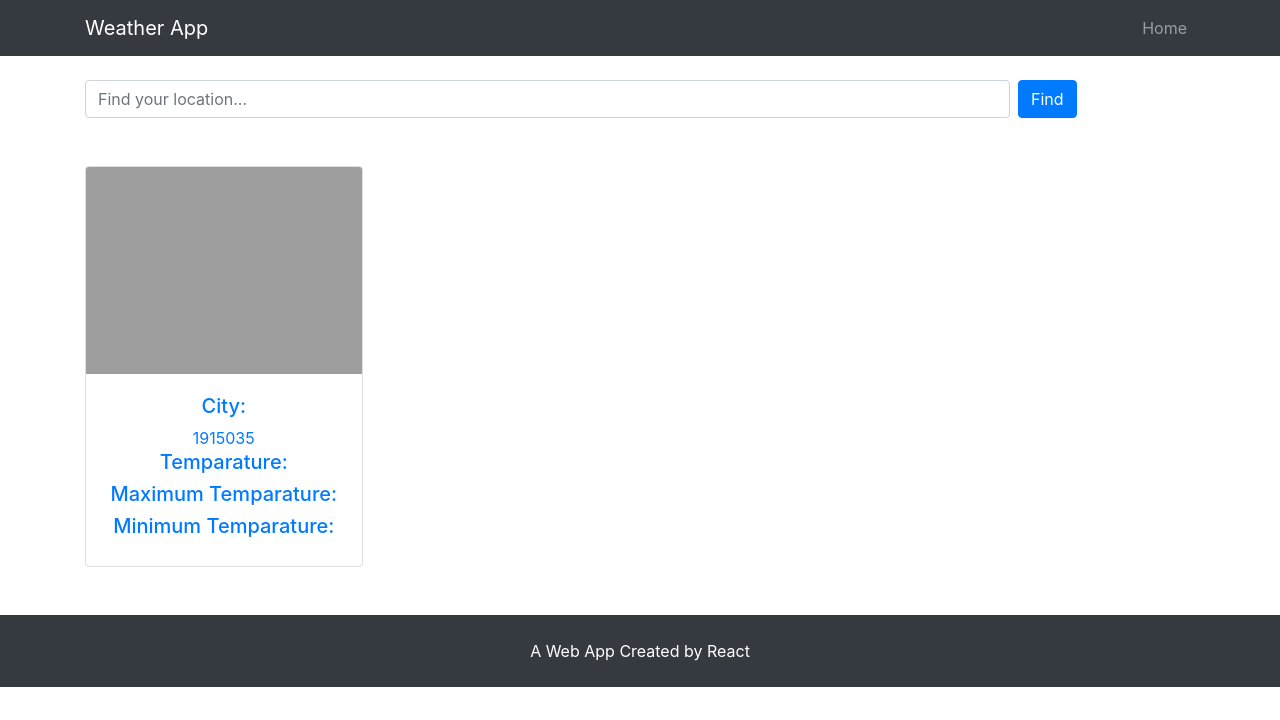
Repository: smk87/weather-app-react
Page: /
These files come from the project's save history. The page is drawn as it stood at one moment and after the next save; the edit follows.
The browser window is 1280 px wide. The pictures show the whole page.
Pictures or frames that could not be fetched are drawn as grey boxes. The page's requests for data from a server got no answer. Some web libraries are served in a nearby version. The project was rebuilt for these pictures with package versions that can differ from the ones it lists, and the page was loaded fresh each time. A package was used in the major version that the imports need, not the one package.json lists. No one was signed in, and anything a server would have sent is missing.

Above is the page before, as saved 2019-02-06 16:41:42.

### public/index.html
<!DOCTYPE html>
<html lang="en">
  <head>
    <meta charset="utf-8" />
    <link rel="shortcut icon" href="%PUBLIC_URL%/favicon.ico" />
    <meta
      name="viewport"
      content="width=device-width, initial-scale=1, shrink-to-fit=no"
    />
    <meta name="theme-color" content="#000000" />
    <!--
      manifest.json provides metadata used when your web app is added to the
      homescreen on Android. See https://developers.google.com/web/fundamentals/web-app-manifest/
    -->
    <link rel="manifest" href="%PUBLIC_URL%/manifest.json" />
    <link
      rel="stylesheet"
      href="https://stackpath.bootstrapcdn.com/bootstrap/4.2.1/css/bootstrap.min.css"
      integrity="sha384-GJzZqFGwb1QTTN6wy59ffF1BuGJpLSa9DkKMp0DgiMDm4iYMj70gZWKYbI706tWS"
      crossorigin="anonymous"
    />
    <script
      defer
      src="https://use.fontawesome.com/releases/v5.6.3/js/all.js"
      integrity="sha384-EIHISlAOj4zgYieurP0SdoiBYfGJKkgWedPHH4jCzpCXLmzVsw1ouK59MuUtP4a1"
      crossorigin="anonymous"
    ></script>
    <!--
      Notice the use of %PUBLIC_URL% in the tags above.
      It will be replaced with the URL of the `public` folder during the build.
      Only files inside the `public` folder can be referenced from the HTML.

      Unlike "/favicon.ico" or "favicon.ico", "%PUBLIC_URL%/favicon.ico" will
      work correctly both with client-side routing and a non-root public URL.
      Learn how to configure a non-root public URL by running `npm run build`.
    -->
    <title>React App</title>
  </head>
  <body>
    <noscript>You need to enable JavaScript to run this app.</noscript>
    <div id="root"></div>
    <!--
      This HTML file is a template.
      If you open it directly in the browser, you will see an empty page.

      You can add webfonts, meta tags, or analytics to this file.
      The build step will place the bundled scripts into the <body> tag.

      To begin the development, run `npm start` or `yarn start`.
      To create a production bundle, use `npm run build` or `yarn build`.
    -->

    <script
      src="https://code.jquery.com/jquery-3.3.1.slim.min.js"
      integrity="sha384-q8i/X+965DzO0rT7abK41JStQIAqVgRVzpbzo5smXKp4YfRvH+8abtTE1Pi6jizo"
      crossorigin="anonymous"
    ></script>
    <script
      src="https://cdnjs.cloudflare.com/ajax/libs/popper.js/1.14.6/umd/popper.min.js"
      integrity="sha384-wHAiFfRlMFy6i5SRaxvfOCifBUQy1xHdJ/yoi7FRNXMRBu5WHdZYu1hA6ZOblgut"
      crossorigin="anonymous"
    ></script>
    <script
      src="https://stackpath.bootstrapcdn.com/bootstrap/4.2.1/js/bootstrap.min.js"
      integrity="sha384-B0UglyR+jN6CkvvICOB2joaf5I4l3gm9GU6Hc1og6Ls7i6U/mkkaduKaBhlAXv9k"
      crossorigin="anonymous"
    ></script>
  </body>
</html>

### src/App.js
import React, { Component } from "react";
import { BrowserRouter as Router, Route, Switch } from "react-router-dom";
import logo from "./logo.svg";
import "./App.css";

//Import Layout Components
import NavBar from "./components/NavBar";
import Footer from "./components/Footer";
import Home from "./components/Home";

class App extends Component {
  render() {
    return (
      <Router>
        <div className="App">
          <NavBar />
          <Route exact path="/" component={Home} />
          <Footer />
        </div>
      </Router>
    );
  }
}

export default App;

### src/components/NavBar.js
import React, { Component } from "react";
import { Link } from "react-router-dom";

export default class NavBar extends Component {
  render() {
    return (
      <div>
        <nav className="navbar navbar-expand-sm navbar-dark bg-dark mb-4">
          <div className="container">
            <Link className="navbar-brand" to="/">
              Weather App
            </Link>
            <button
              className="navbar-toggler"
              type="button"
              data-toggle="collapse"
              data-target="#mobile-nav"
            >
              <span className="navbar-toggler-icon" />
            </button>

            <div className="collapse navbar-collapse" id="mobile-nav">
              <ul className="navbar-nav mr-auto" />
              <ul className="navbar-nav ml-auto">
                <li className="nav-item">
                  <Link className="nav-link" to="/">
                    Home
                  </Link>
                </li>
              </ul>
            </div>
          </div>
        </nav>
      </div>
    );
  }
}

### src/components/Footer.js
import React from "react";

export default function Footer() {
  return (
    <footer className="bg-dark text-white mt-5 p-4 text-center">
      A Web App Created by React
    </footer>
  );
}

### src/components/Home.js
import React, { Component } from "react";
import { Link } from "react-router-dom";
import Weather from "./Weather";

export default class Home extends Component {
  constructor() {
    super();

    this.state = {
      search: ""
    };
  }
  onChange = e => {
    this.setState({
      [e.target.name]: e.target.value
    });
  };
  onSubmit = e => {
    e.preventDefault();
    console.log(this.state);
  };

  render() {
    return (
      <div>
        <div className="container">
          <form onSubmit={this.onSubmit} action="#" className="form-inline">
            <input
              type="text"
              name="search"
              className="form-control col-md-10"
              placeholder="Find your location..."
              value={this.state.search}
              onChange={this.onChange}
            />
            <input
              type="submit"
              className="ml-2 btn btn-primary"
              value="Find"
            />
          </form>
          <Link to="/weather/:woeid">
            <Weather id="1915035" />
          </Link>
        </div>
      </div>
    );
  }
}

### src/components/Weather.js
import React, { Component } from "react";
import axios from "axios";

export default class Weather extends Component {
  constructor() {
    super();

    this.state = {
      cityname: "",
      id: "",
      temp: "",
      maxtemp: "",
      mintemp: "",
      icon: ""
    };
  }

  componentWillMount() {
    this.setState({ id: this.props.id });

    const url = `weather/weather.php?command=location&woeid=${this.props.id}`;
    console.log(url);
    axios
      .get(url) //Used proxy to connect with local wamp server
      .then(res => console.log(res.data))
      .catch(err => console.log(err));
  }

  render() {
    return (
      <div className="mt-5 mr-2 h-50 w-25 card">
        <div>
          <img
            src="http://3.bp.blogspot.com/-9j20aNDWQFk/UQgZBMrATQI/AAAAAAAAlXM/b2d4T6ZvFbo/s1600/598.jpg"
            className="card-img-top"
            alt="..."
          />
        </div>
        <div className="card-body">
          <div className="card-text">
            <h5>City: </h5> {this.state.cityname}
            {this.props.id}
          </div>
          <div className="card-text">
            <h5>Temparature: </h5> {this.state.temp}
          </div>
          <div className="card-text">
            {" "}
            <h5>Maximum Temparature: </h5> {this.state.maxtemp}
          </div>
          <div className="card-text">
            {" "}
            <h5>Minimum Temparature: </h5>
            {this.state.mintemp}
          </div>
          <icon />
        </div>
      </div>
    );
  }
}

Loaded but not shown: src/index.js (common file); src/index.css (common file); src/serviceWorker.js (common file); src/App.css (common file)

After the next save:
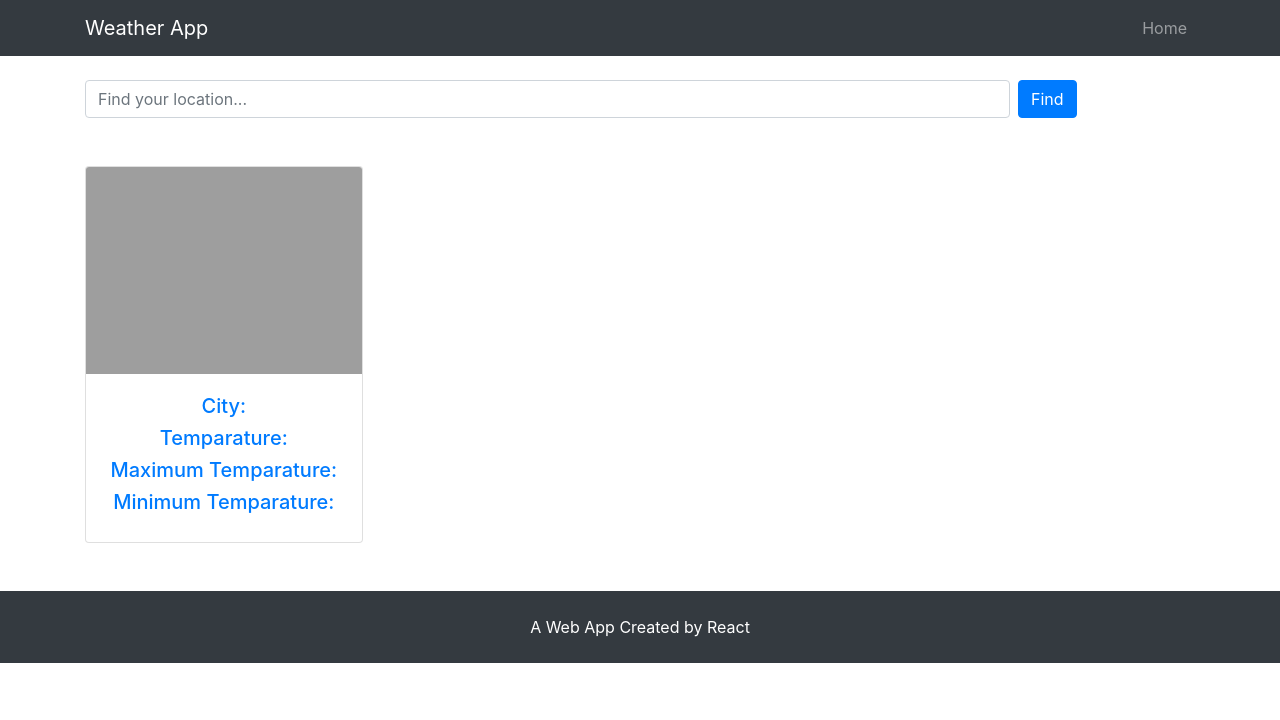
Saved 43 s later.
--- a/src/components/Weather.js
+++ b/src/components/Weather.js
@@ -39,7 +39,6 @@
         <div className="card-body">
           <div className="card-text">
             <h5>City: </h5> {this.state.cityname}
-            {this.props.id}
           </div>
           <div className="card-text">
             <h5>Temparature: </h5> {this.state.temp}

After the 6 saves that followed:
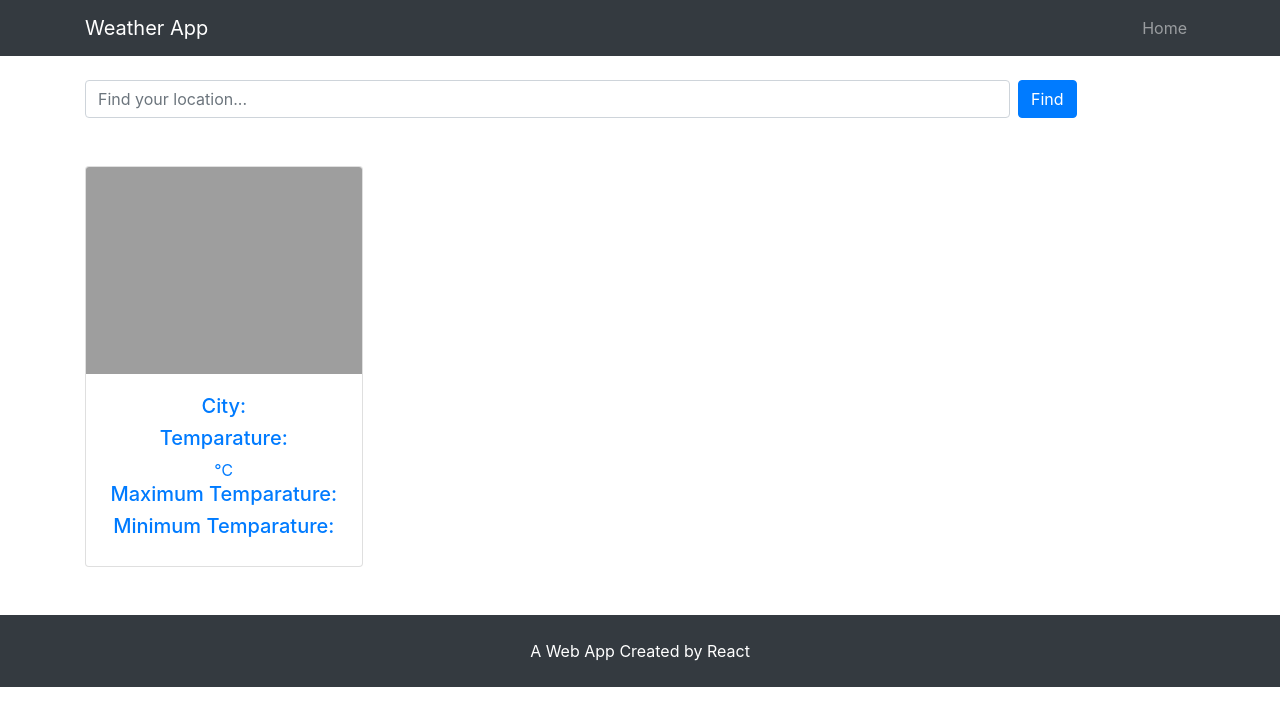
The 6 saves are shown as one change because 4 left the picture as it was and some came seconds apart.
The last was saved 6 min 33 s later.
--- a/src/components/Home.js
+++ b/src/components/Home.js
@@ -40,7 +40,7 @@ export default class Home extends Component {
             />
           </form>
           <Link to="/weather/:woeid">
-            <Weather id="1915035" />
+            <Weather id="2344116" />
           </Link>
         </div>
       </div>
--- a/src/components/Weather.js
+++ b/src/components/Weather.js
@@ -22,7 +22,11 @@
     console.log(url);
     axios
       .get(url) //Used proxy to connect with local wamp server
-      .then(res => console.log(res.data))
+      .then(res => {
+        console.log(res.data);
+        this.setState({ cityname: res.data.title });
+        this.setState({ temp: res.data.consolidated_weather[0].the_temp });
+      })
       .catch(err => console.log(err));
   }
 
@@ -42,6 +46,7 @@
           </div>
           <div className="card-text">
             <h5>Temparature: </h5> {this.state.temp}
+            <span>&#8451;</span>
           </div>
           <div className="card-text">
             {" "}
